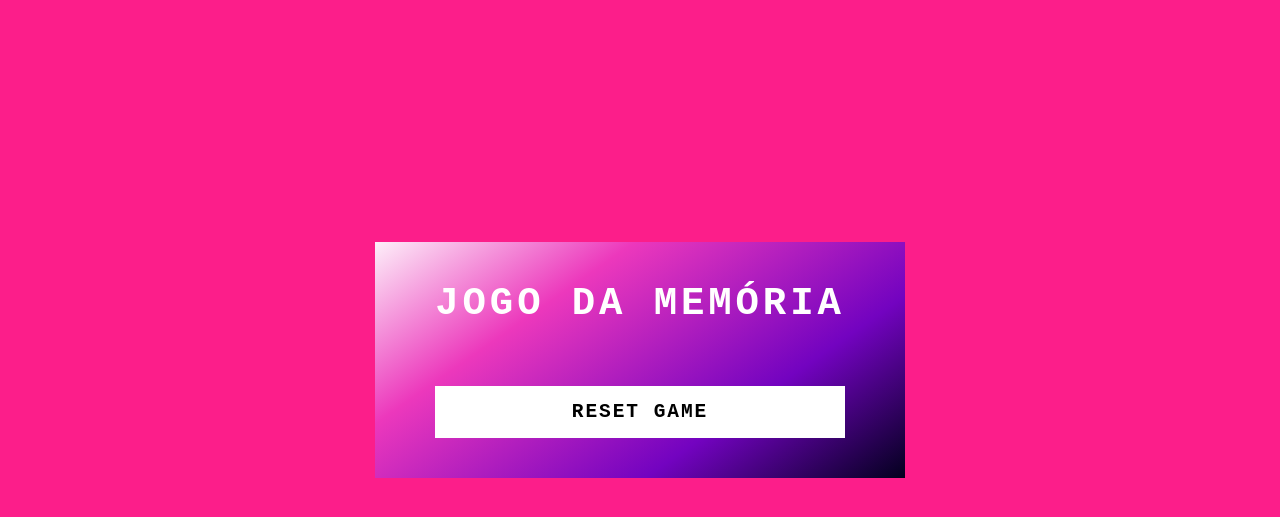
Repository: Zoemateus324/memory-game
Page: index.html
The author's editor kept a copy of each file at every save. The page is drawn from the files as they stood at one save, then again after the next save.
The browser window is 1280 px wide. The pictures show the whole page.
The first visible `.reset` has the focus.

Above is the page before, as saved 2024-11-27 08:21:22.

After the next save:
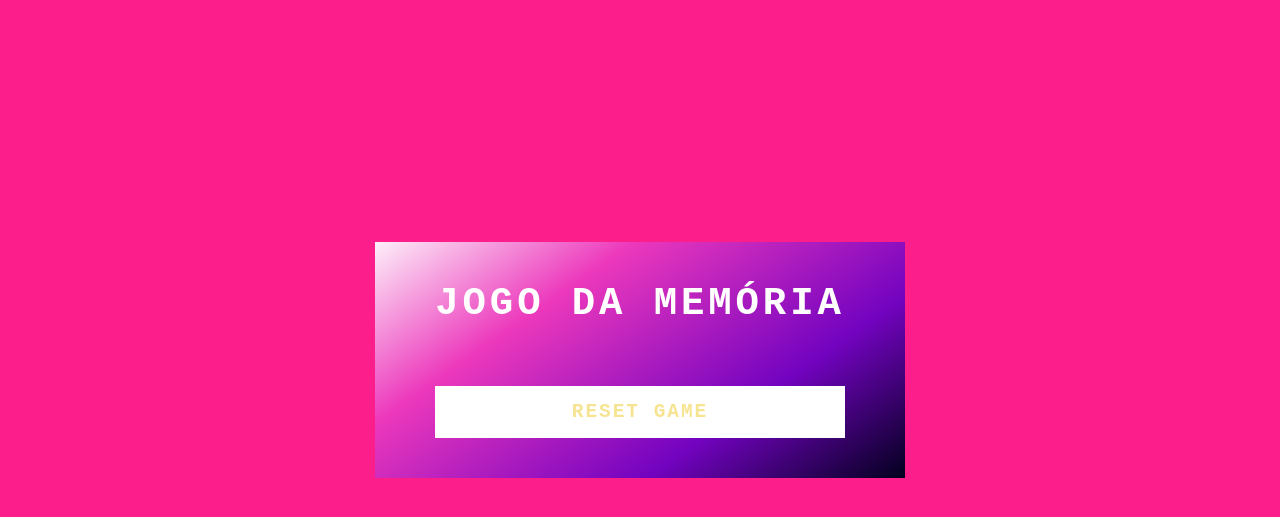
Saved 34 s later.
--- a/src/styles/main.css
+++ b/src/styles/main.css
@@ -44,4 +44,9 @@ h2{
     text-transform:uppercase;
     cursor:pointer;
     font-weight:600;
+
 }
+
+.reset:focus{
+    color:#ec38;
+}
